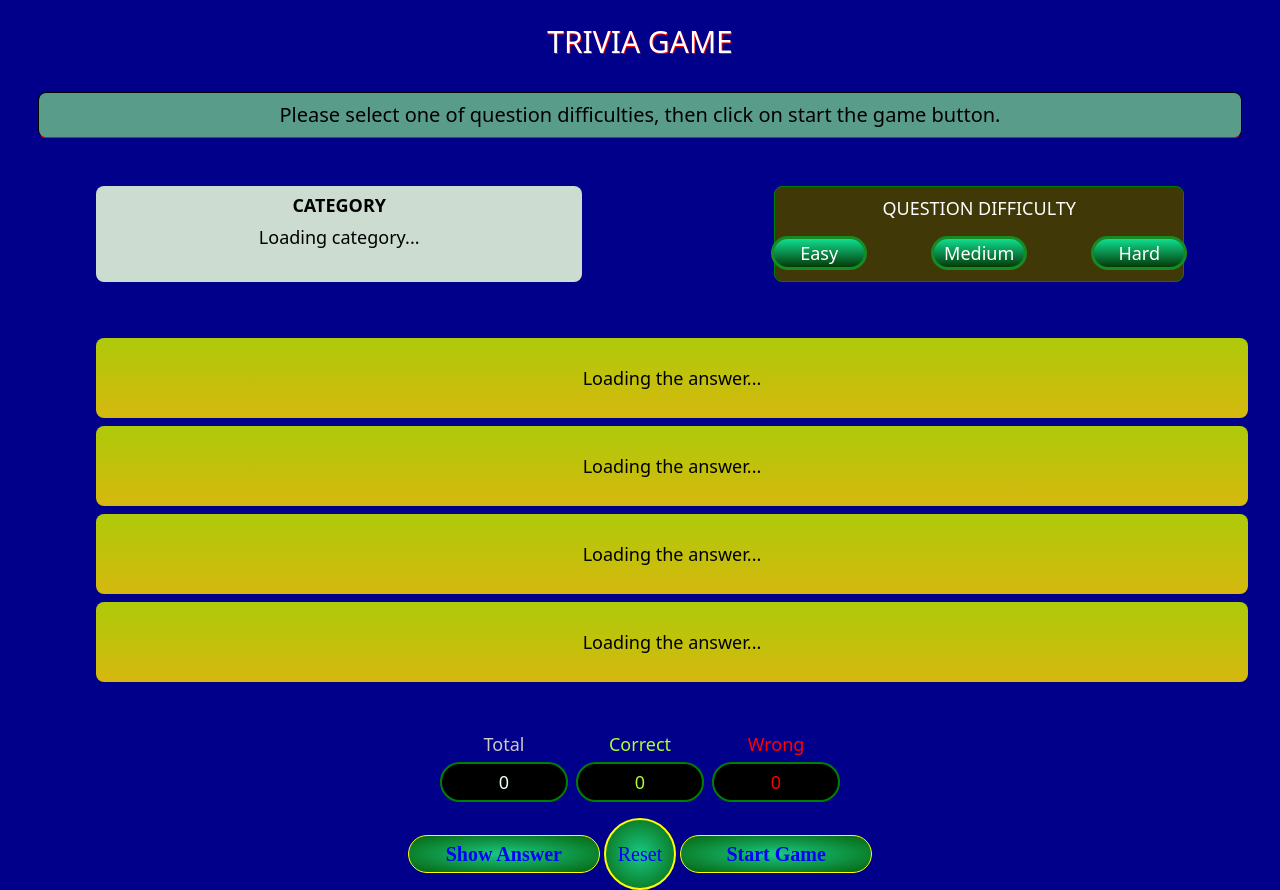
Repository: ShindanoSingi/bembe-trivia
Page: index.html
The author's editor kept a copy of each file at every save. The page is drawn from the files as they stood at one save, then again after the next save.
The browser window is 1280 px wide. The pictures show the whole page.
Some web libraries are served in a nearby version.

Above is the page before, as saved 2022-09-08 02:40:31.

After the next save:
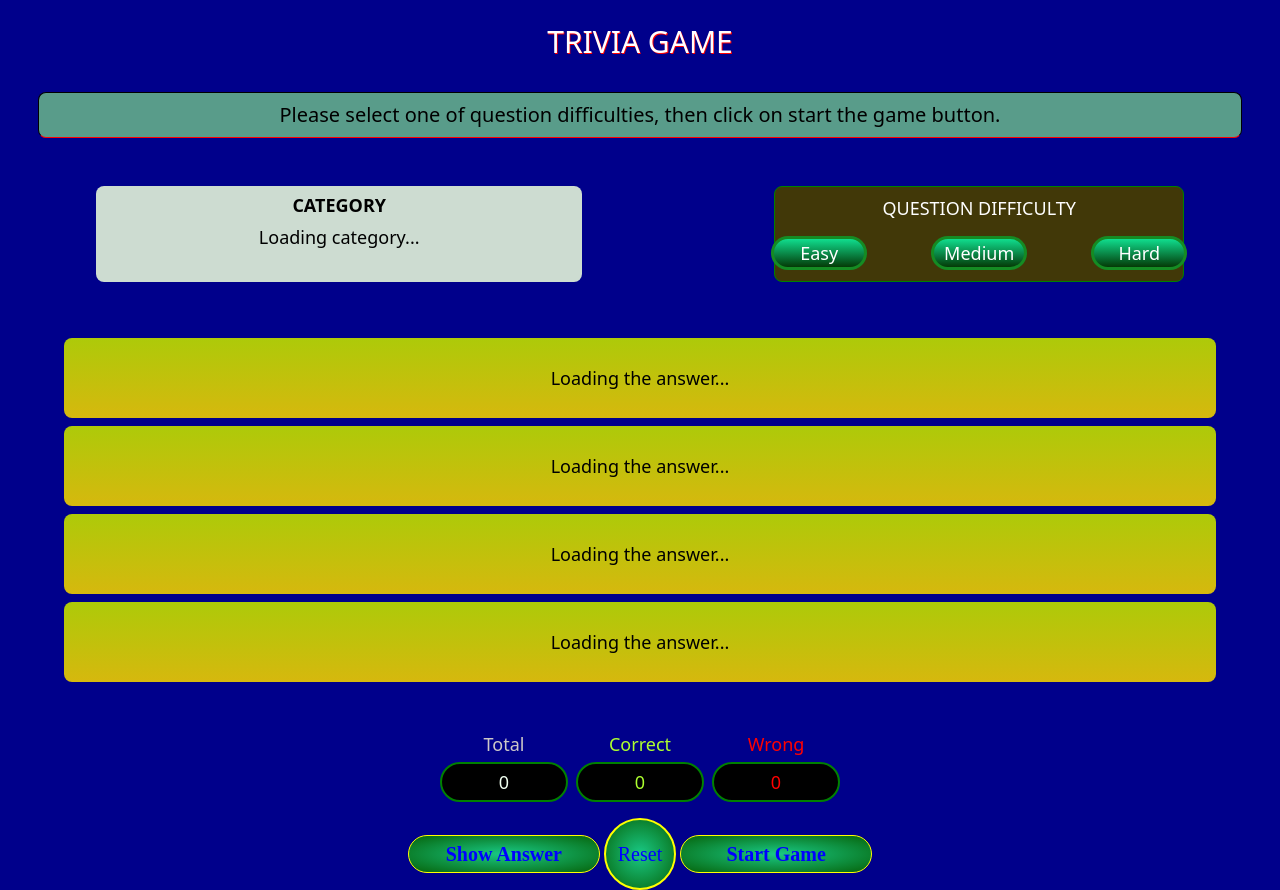
Saved 29 s later.
--- a/index.html
+++ b/index.html
@@ -34,7 +34,7 @@
             </div>
             <div class="imgAndQuestions">
                 <!-- <img class="w-[94vw] h-[25rem] mx-auto" src="pexels-skitterphoto-9198.jpg" alt="nature image"> -->
-                <div class="answersButtons bottom-[17.2rem] ml-[5vw] flex space-y-2 items-center  flex-col">
+                <div class="answersButtons bottom-[17.2rem] ml-[5vw] flex space-y-2 justify-center  flex-col">
                     <button class="showAnswer md:text-lg w-[90vw] p-1 absolute bottom-[17rem] mx-auto text-sm h-[5rem]">Loading the answer...</button>
                     <button class="response md:text-lg w-[90vw] p-1 text-center text-md h-[5rem]" id="response1">Loading the answer...</button>
                     <button class="response md:text-lg w-[90vw] p-1 text-md h-[5rem]" id="response2">Loading the answer...</button>
